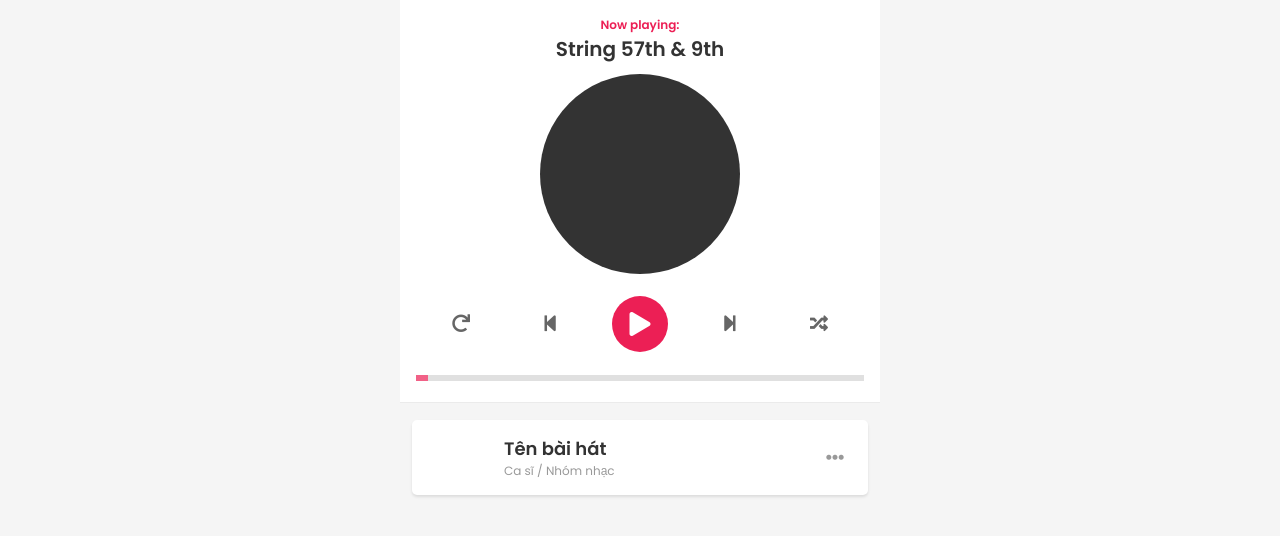
Repository: ChiNg22nd04/MusicPlayer
Page: index.html
The author's editor kept a copy of each file at every save. The page is drawn from the files as they stood at one save, then again after the next save.
The browser window is 1280 px wide. The pictures show the whole page.

Above is the page before, as saved 2023-12-26 17:08:02.

After the next save:
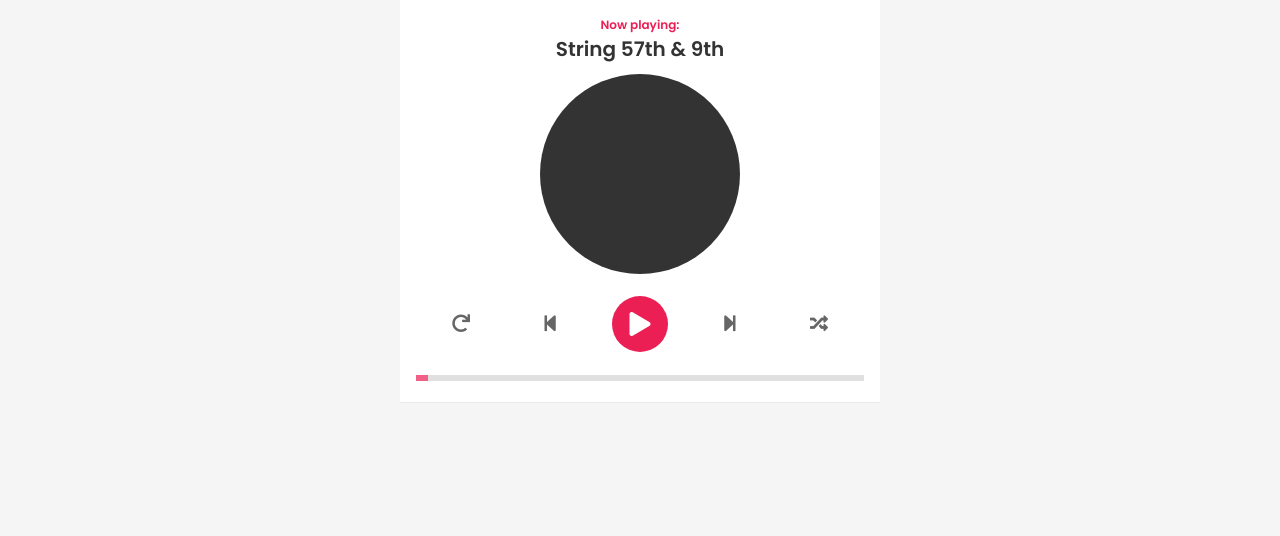
Saved 11 s later.
--- a/index.html
+++ b/index.html
@@ -54,18 +54,7 @@
 
   <!-- Playlist -->
   <div class="playlist">
-    <div class="song">
-      <div class="thumb"
-        style="background-image: url('');">
-      </div>
-      <div class="body">
-        <h3 class="title">Tên bài hát</h3>
-        <p class="author">Ca sĩ / Nhóm nhạc</p>
-      </div>
-      <div class="option">
-        <i class="fas fa-ellipsis-h"></i>
-      </div>
-    </div>
+
   </div>
 </div>
 <script src="./main.js"></script>
